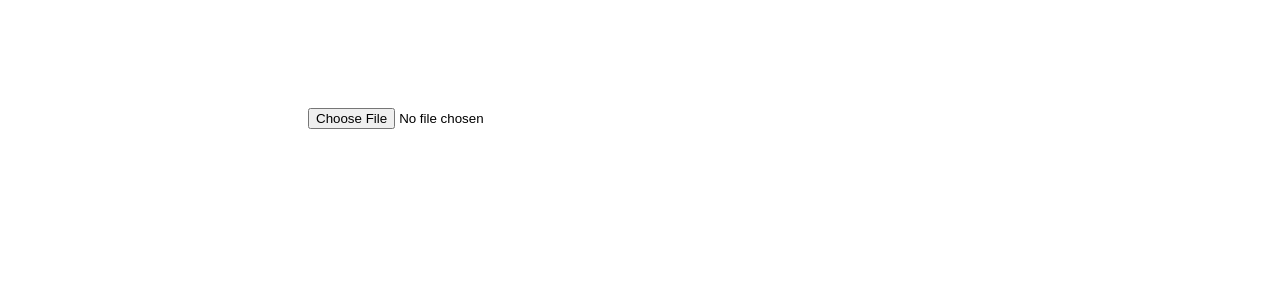
Repository: Gaays/camera-watermark
Page: /
These files come from the project's save history. The page is drawn as it stood at one moment and after the next save; the edit follows.
The browser window is 1280 px wide. The pictures show the whole page.
The project was rebuilt for these pictures with package versions that can differ from the ones it lists, and the page was loaded fresh each time. Also part of the build but not shown: vue.config.js.

Above is the page before, as saved 2024-08-17 20:36:57.

After the next save:
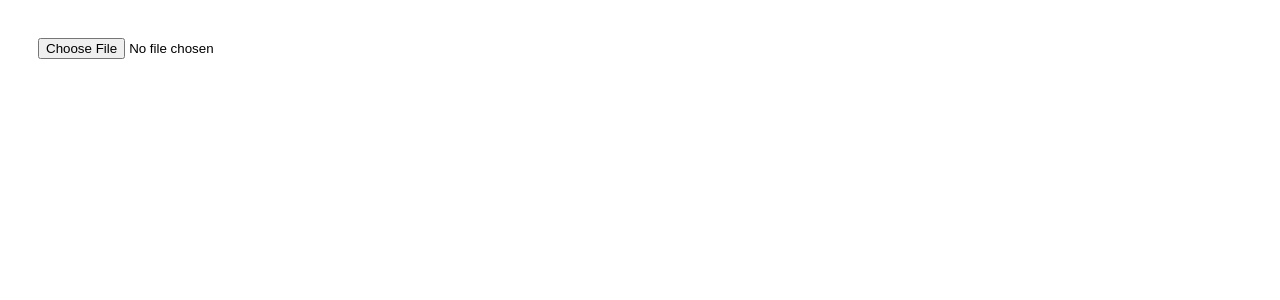
Saved 38 s later.
--- a/src/components/cameraWatermark.vue
+++ b/src/components/cameraWatermark.vue
@@ -41,7 +41,7 @@ const handleFileChange = (event) => {
 .content {
   width: 100%;
   height: 100%;
-  padding: 100px 300px;
+  padding: 30px 30px;
 
   .show-box {
     width: 100%;
